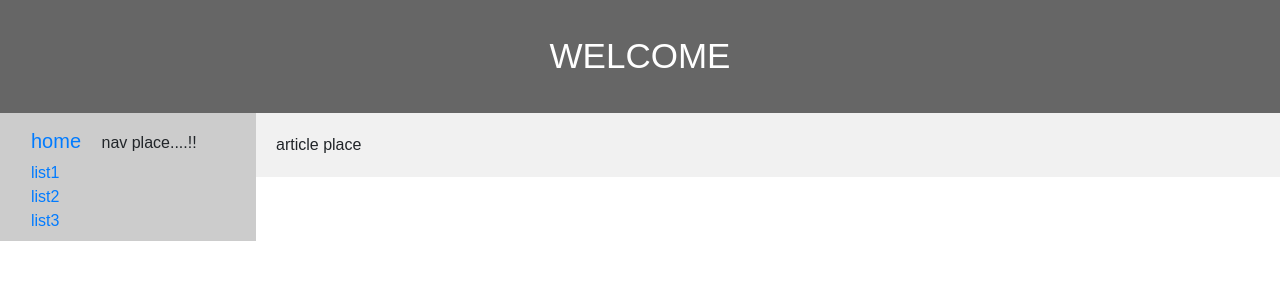
Repository: idrice24/IDRICE24-DASHBOARD
Page: html/header.html
The author's editor kept a copy of each file at every save. The page is drawn from the files as they stood at one save, then again after the next save.
The browser window is 1280 px wide. The pictures show the whole page.

Above is the page before, as saved 2020-09-03 23:11:46.

After the next save:
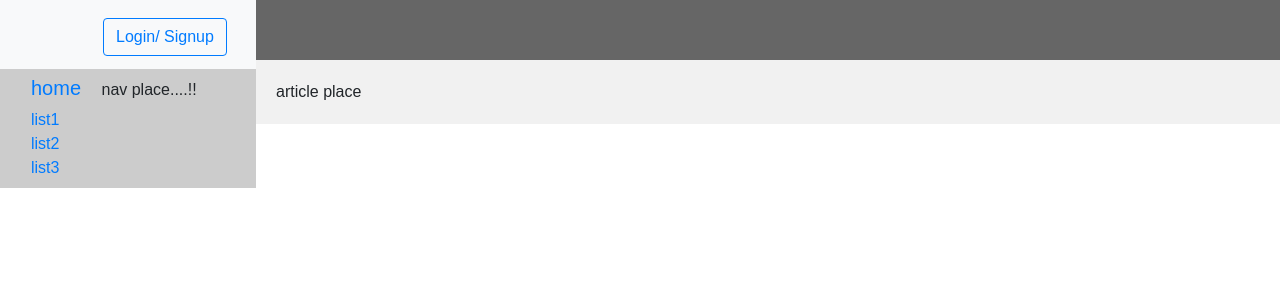
Saved 49 s later.
--- a/html/header.html
+++ b/html/header.html
@@ -12,7 +12,37 @@
 </head>
 
 <body>
-    <header>WELCOME</header>
+    <header>
+        <!-- required bootstrap js -->
+        <nav class="navbar navbar-expand-md navbar-light fixed-top bg-light">
+            <div class="container">
+                <a class="navbar-brand" href="#">
+                    <img src="" alt="" , height="34">
+                </a>
+                <button class="navbar-toggler" type="button" data-toggle="collapse" data-target="#navbarCollapse" aria-controls="navbarCollapse" aria-expanded="false" aria-label="Toggle navigation">
+              <span class="navbar-toggler-icon"></span>
+            </button>
+                <div class="collapse navbar-collapse" id="navbarCollapse">
+                    <ul class="navbar-nav mr-auto">
+                        <li class="nav-item active">
+                            <a class="nav-link" href="#"></a>
+                        </li>
+                    </ul>
+                    <ul class="navbar-nav">
+                        <li class="nav-item">
+                            <a class="nav-link" href="#"></a>
+                        </li>
+                        <li class="nav-item">
+                            <a class="nav-link" href="#"></a>
+                        </li>
+                        <li class="nav-item">
+                            <button class="btn btn-outline-primary my-2 my-sm-0 ml-2" type="submit">Login/ Signup</button>
+                        </li>
+                    </ul>
+                </div>
+            </div>
+        </nav>
+    </header>
     <section>
         <nav class="navbar navbar-default">
             <div class="container-fluid">

After the save that followed:
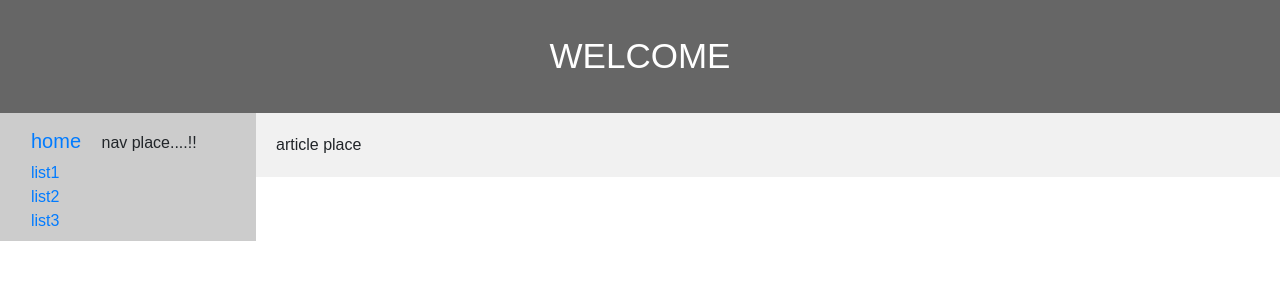
Saved 5 min 58 s later.
--- a/html/header.html
+++ b/html/header.html
@@ -12,37 +12,7 @@
 </head>
 
 <body>
-    <header>
-        <!-- required bootstrap js -->
-        <nav class="navbar navbar-expand-md navbar-light fixed-top bg-light">
-            <div class="container">
-                <a class="navbar-brand" href="#">
-                    <img src="" alt="" , height="34">
-                </a>
-                <button class="navbar-toggler" type="button" data-toggle="collapse" data-target="#navbarCollapse" aria-controls="navbarCollapse" aria-expanded="false" aria-label="Toggle navigation">
-              <span class="navbar-toggler-icon"></span>
-            </button>
-                <div class="collapse navbar-collapse" id="navbarCollapse">
-                    <ul class="navbar-nav mr-auto">
-                        <li class="nav-item active">
-                            <a class="nav-link" href="#"></a>
-                        </li>
-                    </ul>
-                    <ul class="navbar-nav">
-                        <li class="nav-item">
-                            <a class="nav-link" href="#"></a>
-                        </li>
-                        <li class="nav-item">
-                            <a class="nav-link" href="#"></a>
-                        </li>
-                        <li class="nav-item">
-                            <button class="btn btn-outline-primary my-2 my-sm-0 ml-2" type="submit">Login/ Signup</button>
-                        </li>
-                    </ul>
-                </div>
-            </div>
-        </nav>
-    </header>
+    <header>WELCOME</header>
     <section>
         <nav class="navbar navbar-default">
             <div class="container-fluid">
